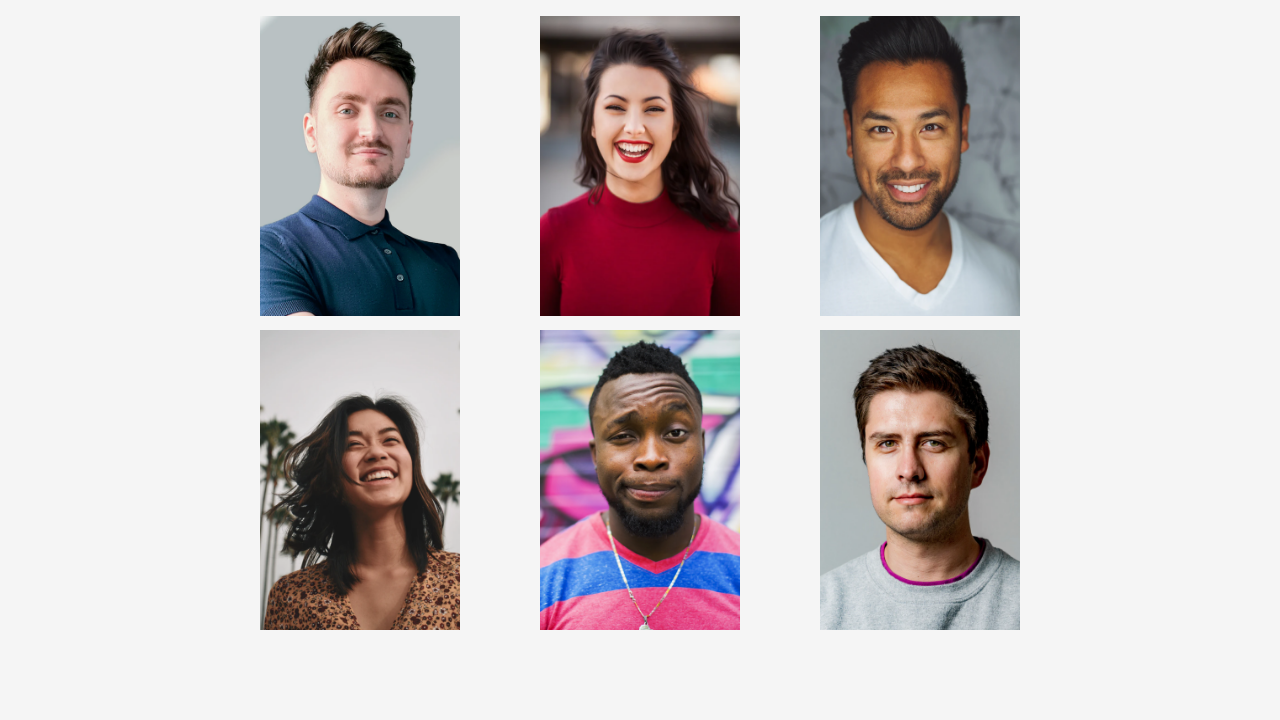
Repository: georgisenze/my-team-page-challeng
Page: index.html
The author's editor kept a copy of each file at every save. The page is drawn from the files as they stood at one save, then again after a run of saves.
The browser window is 1280 px wide. The pictures show the whole page.

Above is the page before, as saved 2023-02-22 22:07:09.

### index.html
<!DOCTYPE html>
<html lang="en">
<head>
    <meta charset="UTF-8">
    <meta http-equiv="X-UA-Compatible" content="IE=edge">
    <meta name="viewport" content="width=device-width, initial-scale=1.0">
    <title>My team page</title>

    <link rel="stylesheet" href="assets/css/style.css">
</head>
<body>
     <div class="container" id="container">
        <div class="box">
            <img src="assets/img/photo1.png" alt="" >
        </div>
        <div class="box">
            <img src="assets/img/photo2.png" alt="">

        </div>
        <div class="box">
            <img src="assets/img/photo3.png" alt="">
        </div>
        <div class="box">
            <img src="assets/img/photo4.png" alt="">
        </div>
        <div class="box">
            <img src="assets/img/photo5.png" alt="">
        </div>
        <div class="box">
            <img src="assets/img/photo6.png" alt="">
        </div>
      </div>
</body>
</html>

### assets/css/style.css
  body{
    margin: 0;
    padding: 0;
    background-color: whitesmoke;
  }

  .container {
    writing-mode: horizontal-tb;
    display: grid;
    justify-content: center;
    justify-items: center;
    align-items: center;
    align-content: center;
    grid-template-columns: 270px 270px 270px;
    /* grid-template-rows: repeat(2,minmax(100px, auto)); */
    grid-auto-flow: row;
    gap: 10px;
    padding: 1em;
  }

  img {
    width: 200px;
    height: 300px;
  }

  label {
    --flow-space: 1rem;
    display: grid;
    grid-template-columns: 180px min-content;
    gap: 0.2rem;
  }

After the next 3 saves:
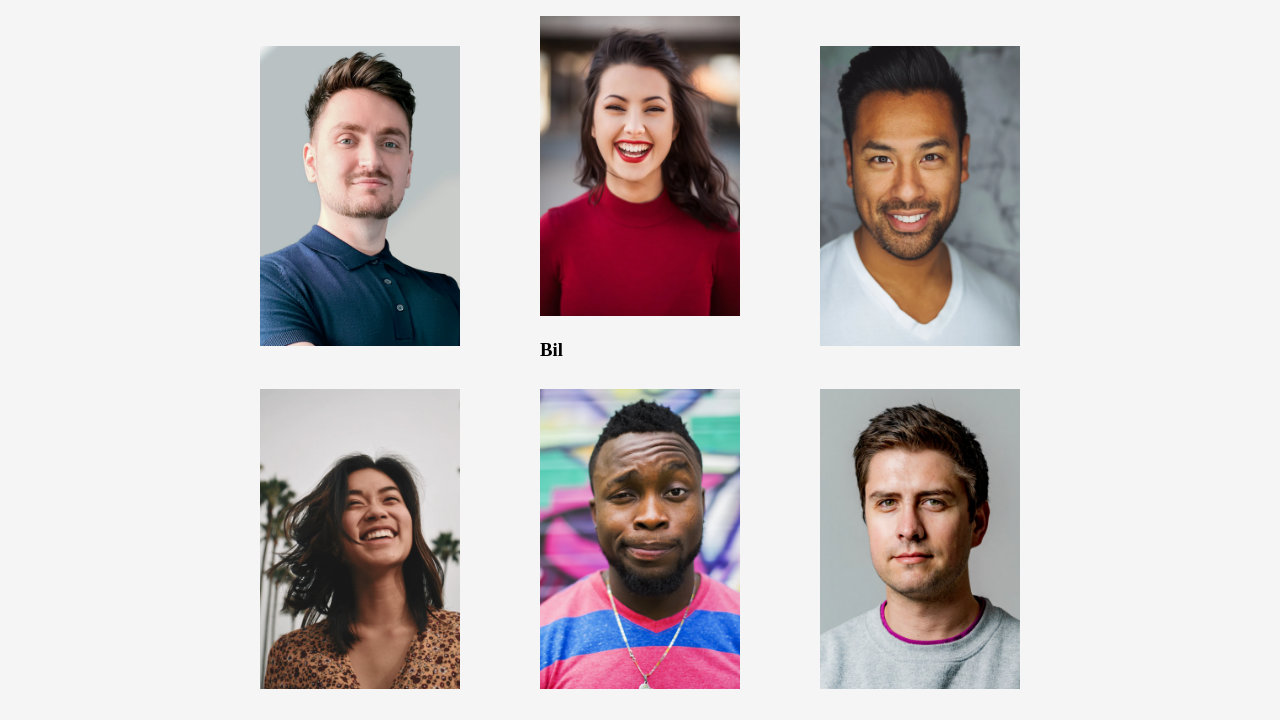
The 3 saves are shown as one change because they came seconds apart.
The last was saved 8 s later.
--- a/index.html
+++ b/index.html
@@ -15,7 +15,7 @@
         </div>
         <div class="box">
             <img src="assets/img/photo2.png" alt="">
-
+            <h3>Bil </h3>
         </div>
         <div class="box">
             <img src="assets/img/photo3.png" alt="">
